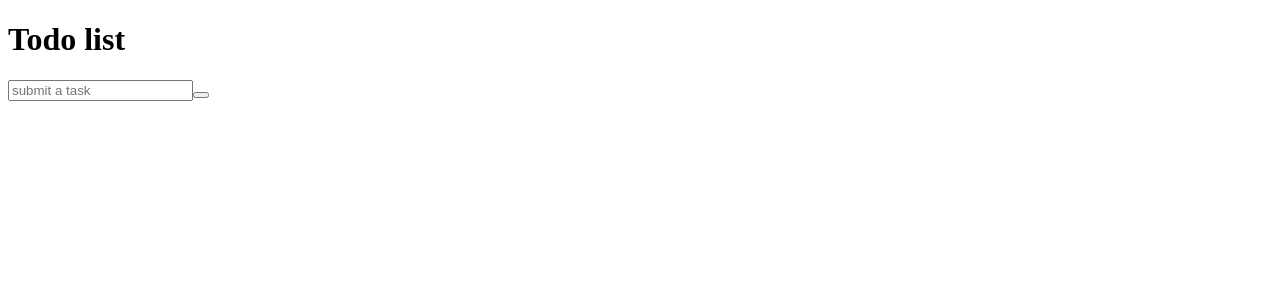
Repository: Ylan-sayada/todo-list
Page: /
The author's editor kept a copy of each file at every save. The page is drawn from the files as they stood at one save, then again after the next save.
The browser window is 1280 px wide. The pictures show the whole page.
The project was rebuilt for these pictures with package versions that can differ from the ones it lists, and the page was loaded fresh each time.

Above is the page before, as saved 2021-05-28 13:18:51.

### src/index.js
import React from 'react';
import ReactDOM from 'react-dom';
import App from './App.jsx';
ReactDOM.render(
  <React.StrictMode>
    <App />
  </React.StrictMode>,
  document.getElementById('root')
);

### src/App.jsx
import React from 'react';
import TodoContainer from './components/TodoContainer';

function App() {
  return (
    <div className="App">
      <header className="App-header">
       <h1>Todo list</h1>
       <TodoContainer/>
      </header>
    </div>
  );
}

export default App;

### src/components/TodoContainer.jsx
import React from 'react'
import TodoInput from './TodoInput';
import TodoContent from './TodoContent';
export default function TodoContainer() {
    return (
        <div>
        <TodoInput/>
       <TodoContent/>
        </div>
    )
}

### src/components/TodoInput.jsx
import React from 'react'

export default function TodoInput(props) {
    return (
        <div>
            <input type="text" placeholder="submit a task" onClick={props.OnclickHandler}/>
            <button></button>
        </div>
    )
}

### src/components/TodoContent.jsx
import React from 'react'

export default function TodoContent(props) {
    return (
        <div>

        </div>
    )
}

Loaded but not shown: public/index.html (common file)

After the next save:
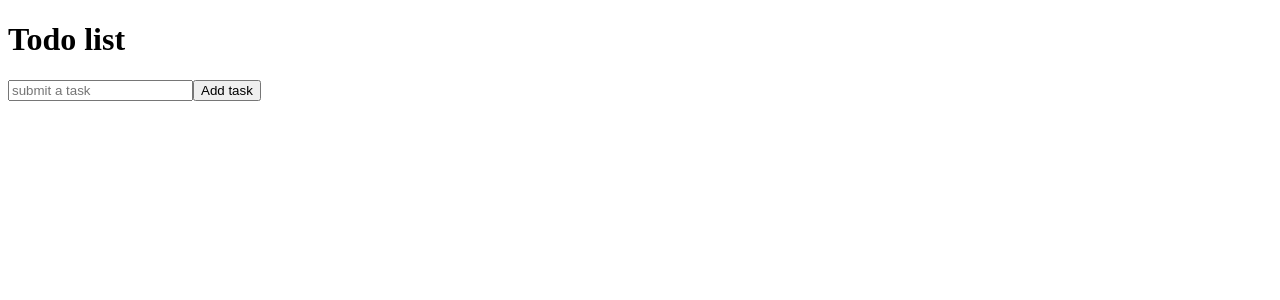
Saved 16 s later.
--- a/src/components/TodoInput.jsx
+++ b/src/components/TodoInput.jsx
@@ -4,7 +4,7 @@ export default function TodoInput(props) {
     return (
         <div>
             <input type="text" placeholder="submit a task" onClick={props.OnclickHandler}/>
-            <button></button>
+            <button>Add task</button>
         </div>
     )
 }
